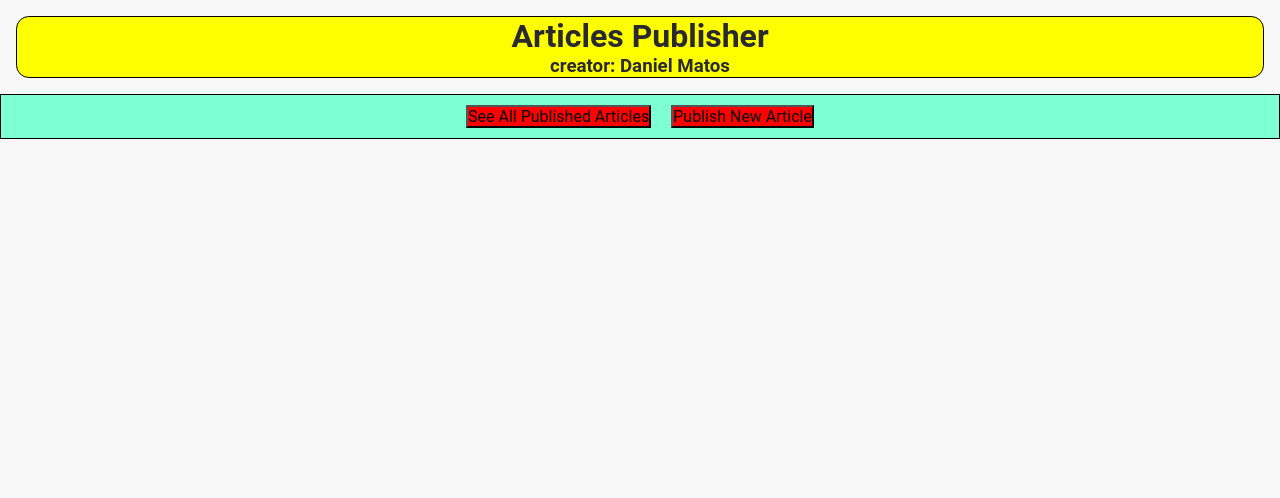
Repository: batmit/publish_articles
Page: /
These files come from the project's save history. The page is drawn as it stood at one moment and after the next save; the edit follows.
The browser window is 1280 px wide. The pictures show the whole page.
The project was rebuilt for these pictures with package versions that can differ from the ones it lists, and the page was loaded fresh each time. Also part of the build but not shown: src/services/firebase.ts, src/pages/articles.tsx, src/pages/article.tsx, src/pages/publish_articles.tsx.

Above is the page before, as saved 2021-06-29 18:17:07.

After the next save:
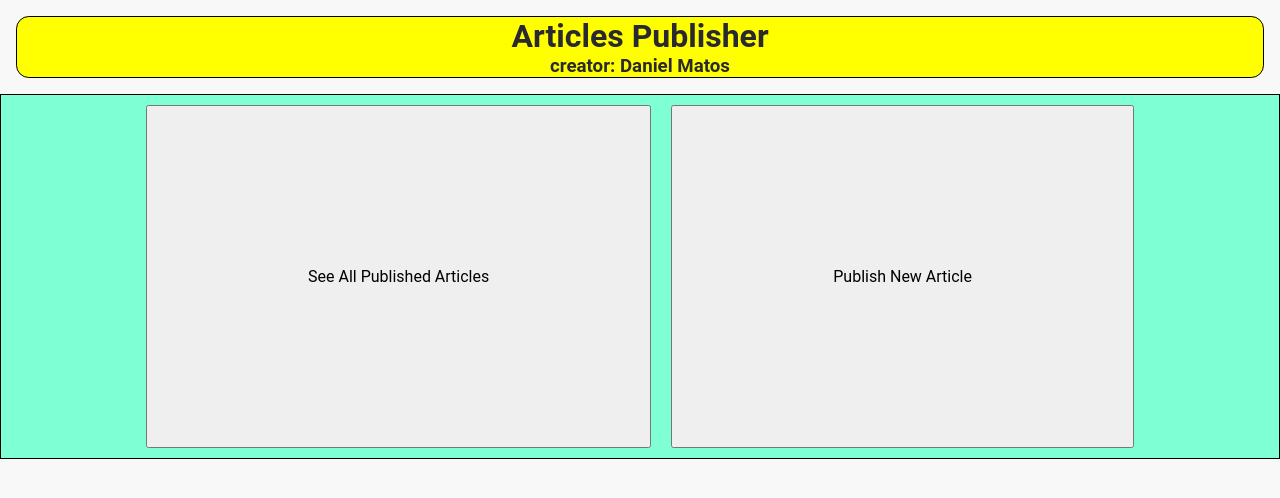
Saved 22 s later.
--- a/src/styles/articles.scss
+++ b/src/styles/articles.scss
@@ -1,4 +1,4 @@
 button {
     text-decoration: none;
-    background-color: red;
+    padding: 10rem;
 }
